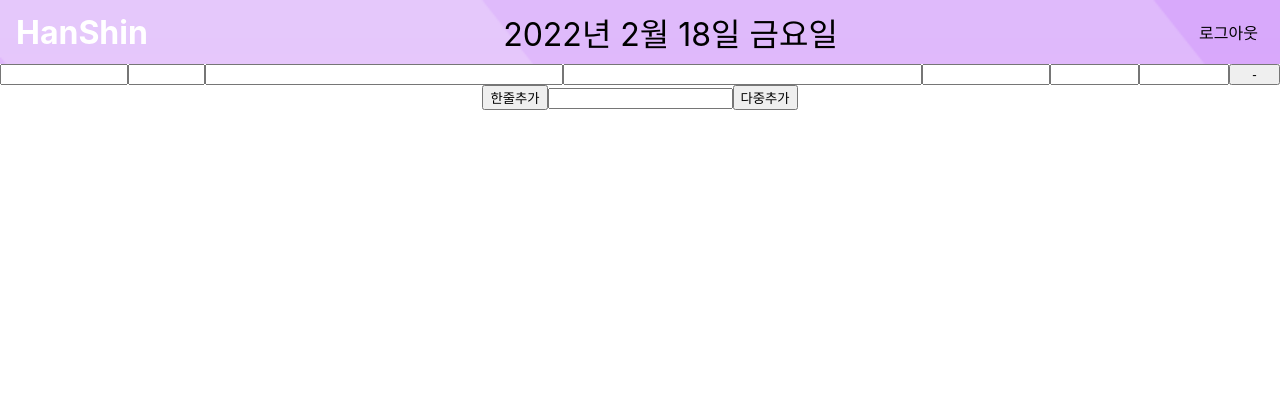
Repository: SeungYn/hanshinClient
Page: /add
An editor plug-in stored every save of this project. The page is shown before and after the next save, followed by the edit.
The browser window is 1280 px wide. The pictures show the whole page.
The project was rebuilt for these pictures with package versions that can differ from the ones it lists, and the page was loaded fresh each time. Also part of the build but not shown: src/App.css, src/components/item/item.jsx, src/components/package/package.module.css, src/components/package/package.jsx.

Above is the page before, as saved 2022-02-18 23:11:32.

### public/index.html
<!DOCTYPE html>
<html lang="en">
  <head>
    <meta charset="utf-8" />
    <link rel="icon" href="%PUBLIC_URL%/favicon.ico" />
    <meta name="viewport" content="width=device-width, initial-scale=1" />
    <meta name="theme-color" content="#000000" />
    <meta
      name="description"
      content="Web site created using create-react-app"
    />
  </head>
  <body>
    <div id="root"></div>
  </body>
</html>

### src/index.js
import React from 'react';
import ReactDOM from 'react-dom';
import './index.css';
import App from './App';
import { BrowserRouter } from 'react-router-dom';
ReactDOM.render(
  <React.StrictMode>
    <BrowserRouter>
      <App />
    </BrowserRouter>
  </React.StrictMode>,
  document.getElementById('root')
);

### src/index.css
html {
  height: 100%;
}
body {
  margin: 0;
  font-family: -apple-system, BlinkMacSystemFont, 'Segoe UI', 'Roboto', 'Oxygen',
    'Ubuntu', 'Cantarell', 'Fira Sans', 'Droid Sans', 'Helvetica Neue',
    sans-serif;
  -webkit-font-smoothing: antialiased;
  -moz-osx-font-smoothing: grayscale;
  height: 100%;
}
h1 {
  margin: 0;
}
code {
  font-family: source-code-pro, Menlo, Monaco, Consolas, 'Courier New',
    monospace;
}

* {
  box-sizing: border-box;
}
p,
h2 {
  margin: 0;
  padding: 0;
}

ul {
  list-style: none;
  margin: 0;
  padding: 0;
}

### src/App.jsx
import './App.css';
import Header from './components/header/header';
import Package from './components/package/package';
import { Route, Routes } from 'react-router-dom';
import AddBoxs from './addboxs/addBoxs';
function App() {
  return (
    <div className='app'>
      <Header />
      <Routes>
        <Route exact path='/' element={<Package />} />
        <Route exact path='/add' element={<AddBoxs />} />
      </Routes>
    </div>
  );
}

export default App;

### src/components/header/header.jsx
import React, { useEffect, useState } from 'react';
import styles from './header.module.css';

const Header = (props) => {
  const [date, setDate] = useState(new Date());
  const [month, setMonth] = useState('');
  const [year, setYear] = useState('');
  const [day, setDay] = useState('');
  const [dates, setDates] = useState('');

  useEffect(() => {
    setMonth(date.getMonth() + 1);
    switch (date.getDay()) {
      case 0:
        setDay('일');
        break;
      case 1:
        setDay('월');
        break;
      case 2:
        setDay('화');
        break;
      case 3:
        setDay('수');
        break;
      case 4:
        setDay('목');
        break;
      case 5:
        setDay('금');
        break;
      case 6:
        setDay('토');
        break;
    }
    setYear(date.getFullYear());
    setDates(date.getDate());
  }, [date, month, year, dates, day]);

  return (
    <header className={styles.header}>
      <h1 className={styles.title}>HanShin</h1>
      <p
        className={styles.day}
      >{`${year}년 ${month}월 ${dates}일 ${day}요일`}</p>
      <nav className={styles.menu}>
        <button className={styles.menu__item}>로그아웃</button>
      </nav>
    </header>
  );
};

export default Header;

### src/addboxs/addBoxs.jsx
import React, { useRef, useState } from 'react';
import styles from './addBoxs.module.css';

const AddBoxs = (props) => {
  const [boxList, setBoxList] = useState([
    {
      date: '',
      kind: '',
      sender: '',
      receiver: '',
      receivedDate: '',
      position: '',
      name: '',
    },
  ]);

  const countRef = useRef();

  const onSubmit = (e) => {
    e.console.log(1);
  };

  const onChange = (event, index) => {
    const boxs = [...boxList];
    const name = event.currentTarget.name;
    const value = event.currentTarget.value;

    switch (name) {
      case 'date':
        boxs[index][name] = value;
        return setBoxList(boxs);
      case 'kind':
        boxs[index][name] = value;
        return setBoxList(boxs);
      case 'sender':
        boxs[index][name] = value;
        return setBoxList(boxs);
      case 'receiver':
        boxs[index][name] = value;
        return setBoxList(boxs);
      case 'receivedDate':
        boxs[index][name] = value;
        return setBoxList(boxs);
      case 'position':
        boxs[index][name] = value;
        return setBoxList(boxs);
      case 'name':
        boxs[index][name] = value;
        return setBoxList(boxs);
    }
  };

  const onAdd = () => {
    setBoxList([
      ...boxList,
      {
        date: '',
        kind: '',
        sender: '',
        receiver: '',
        receivedDate: '',
        position: '',
        name: '',
      },
    ]);
  };

  const onMultiAdd = () => {
    const count = countRef.current.value;
    const boxs = [...boxList];
    for (let i = 0; i < count; i++) {
      boxs.push({
        date: '',
        kind: '',
        sender: '',
        receiver: '',
        receivedDate: '',
        position: '',
        name: '',
      });
    }
    setBoxList(boxs);
  };

  const onRemove = (event, index) => {
    const boxs = [...boxList];
    boxs.splice(index, 1);
    setBoxList(boxs);
  };

  return (
    <section className={styles.addContainer}>
      <form onSubmit={onSubmit} className={styles.addForm}>
        {boxList.map((box, index) => {
          return (
            <div className={styles.items} key={index}>
              <input
                type='text'
                name='date'
                onChange={(event) => onChange(event, index)}
                value={box.date}
              />
              <input
                type='text'
                name='kind'
                onChange={(event) => onChange(event, index)}
                value={box.kind}
              />
              <input
                type='text'
                name='sender'
                onChange={(event) => onChange(event, index)}
                value={box.sender}
              />
              <input
                type='text'
                name='receiver'
                onChange={(event) => onChange(event, index)}
                value={box.receiver}
              />
              <input
                type='text'
                name='receivedDate'
                onChange={(event) => onChange(event, index)}
                value={box.receivedDate}
              />
              <input
                type='text'
                name='position'
                onChange={(event) => onChange(event, index)}
                value={box.position}
              />
              <input
                type='text'
                name='name'
                onChange={(event) => onChange(event, index)}
                value={box.name}
              />
              <button type='button' onClick={(event) => onRemove(event, index)}>
                -
              </button>
            </div>
          );
        })}
      </form>
      <div className={styles.bottomBtn}>
        <button onClick={onAdd}>한줄추가</button>
        <input type='text' name='count' ref={countRef} />
        <button onClick={onMultiAdd}>다중추가</button>
      </div>
    </section>
  );
};

export default AddBoxs;

### src/components/header/header.module.css
header {
  background: no-repeat url('./backimg.png');
  background-size: cover;
  height: 4rem;
  display: flex;
  justify-content: space-between;
  align-items: center;
  padding: 0.1rem 1rem;
}

.title {
  color: white;
}
.day {
  font-size: 2rem;
}
.menu__item {
  border: 0;
  background: none;
  font-size: 1rem;
}

### src/addboxs/addBoxs.module.css
.addContainer {
  width: 100%;
  display: flex;
  flex-direction: column;
  align-items: center;
}

.addForm {
  width: 100%;
}

.items {
  display: grid;
  grid-template-columns: 10% 6% 28% 28% 10% 7% 7% 4%;
  align-items: center;
}

### src/components/item/item.module.css
.items {
  display: grid;
  grid-template-columns: 10% 6% 30% 30% 10% 7% 7%;
  align-items: center;
  border: 1px solid black;
}

.items:hover {
  background-color: #fef6ff;
}

p {
  /* 크기를 넘기면 자동으로 줄바꿈 */
  text-align: center;
  overflow-wrap: break-word;
}

After the next save:
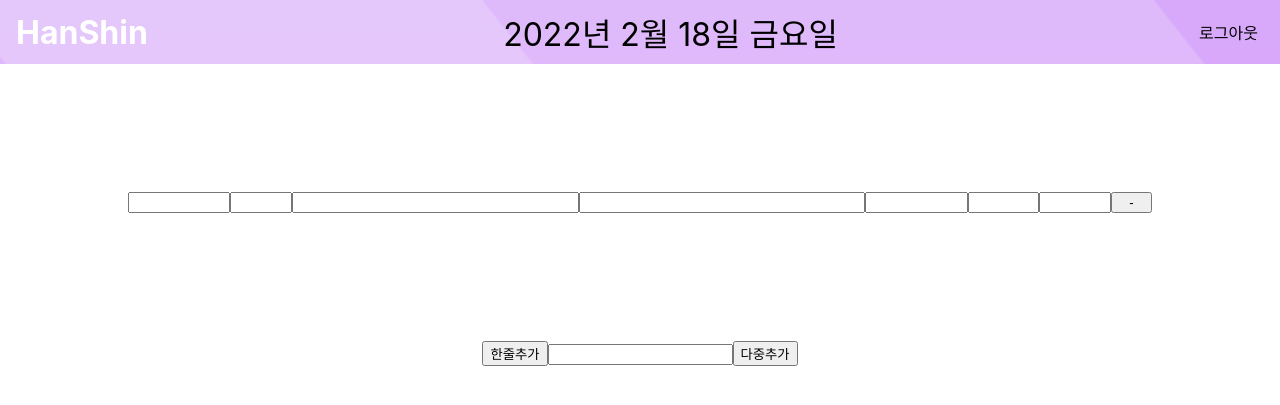
Saved 59 s later.
--- a/src/addboxs/addBoxs.module.css
+++ b/src/addboxs/addBoxs.module.css
@@ -7,6 +7,7 @@
 
 .addForm {
   width: 100%;
+  padding: 10%;
 }
 
 .items {
